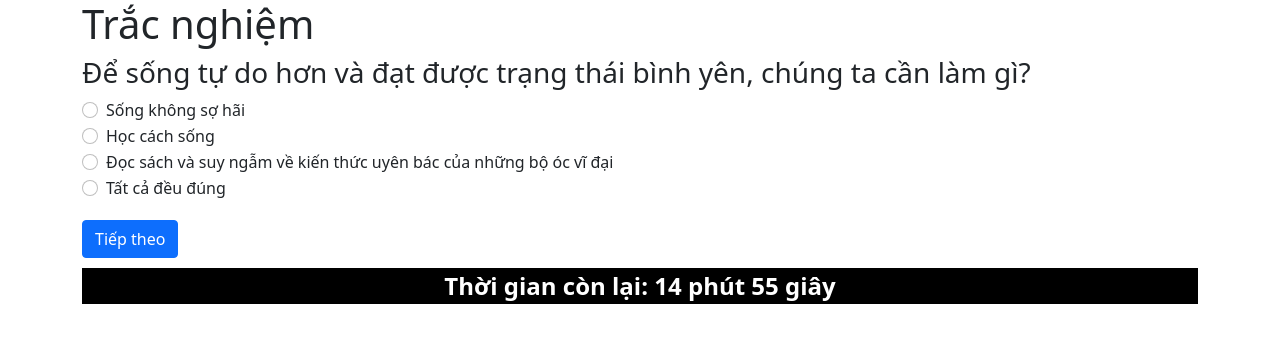
Repository: tran-thien-nhan/quiz_tlln
Page: daily_stoic_quiz.html
These files come from the project's save history. The page is drawn as it stood at one moment and after the next save; the edit follows.
The browser window is 1280 px wide. The pictures show the whole page.

Above is the page before, as saved 2023-06-25 18:38:09.

### daily_stoic_quiz.html
<!DOCTYPE html>
<html lang="en">

<head>
    <meta charset="UTF-8">
    <meta name="viewport" content="width=device-width, initial-scale=1.0">
    <title>Trắc nghiệm</title>
    <link rel="stylesheet" href="https://cdnjs.cloudflare.com/ajax/libs/bootstrap/5.0.2/css/bootstrap.min.css">
    <style>
        .question {
            margin-bottom: 20px;
        }
    </style>
</head>

<body>
    <div class="container">
        <h1>Trắc nghiệm</h1>

        <div class="question" id="questionContainer">
            <h3 id="question"></h3>
            <div class="form-check">
                <input class="form-check-input" type="radio" name="answer" id="answer1">
                <label class="form-check-label" for="answer1" id="answerText1"></label>
            </div>
            <div class="form-check">
                <input class="form-check-input" type="radio" name="answer" id="answer2">
                <label class="form-check-label" for="answer2" id="answerText2"></label>
            </div>
            <div class="form-check">
                <input class="form-check-input" type="radio" name="answer" id="answer3">
                <label class="form-check-label" for="answer3" id="answerText3"></label>
            </div>
            <div class="form-check">
                <input class="form-check-input" type="radio" name="answer" id="answer4">
                <label class="form-check-label" for="answer4" id="answerText4"></label>
            </div>
            <span id="result"></span>
        </div>

        <button class="btn btn-primary" id="nextButton">Tiếp theo</button>
        <span id="score"></span>
        <div id="timeclock"></div>
    </div>

    <!-- Modal -->
    <div class="modal fade" id="myModal" tabindex="-1" aria-labelledby="exampleModalLabel" aria-hidden="true">
        <div class="modal-dialog">
            <div class="modal-content">
                <div class="modal-header">
                    <h5 class="modal-title" id="exampleModalLabel">Thông báo</h5>
                    <button type="button" class="btn-close" data-bs-dismiss="modal" aria-label="Close"></button>
                </div>
                <div class="modal-body">
                    Bạn có 15 phút để làm trắc nghiệm.
                </div>
            </div>
        </div>
    </div>

    <script src="https://cdnjs.cloudflare.com/ajax/libs/bootstrap/5.0.2/js/bootstrap.bundle.min.js"></script>
    <script>
        // Đọc câu hỏi từ tệp JSON
        fetch("quest_lib.json")
            .then(response => response.json())
            .then(data => {
                const questions = data.questions;

                // Lấy ngẫu nhiên 20 câu hỏi
                const randomQuestions = getRandomElements(questions, 20);

                let currentQuestionIndex = 0;
                let score = 0;
                let timeRemaining = 900; // 15 phút * 60 giây = 900 giây

                const questionContainer = document.getElementById("questionContainer");
                const questionElement = document.getElementById("question");
                const answerTextElements = [
                    document.getElementById("answerText1"),
                    document.getElementById("answerText2"),
                    document.getElementById("answerText3"),
                    document.getElementById("answerText4")
                ];
                const resultElement = document.getElementById("result");
                const nextButton = document.getElementById("nextButton");
                const scoreElement = document.getElementById("score");

                // Cập nhật câu hỏi và câu trả lời
                function updateQuestion() {
                    const question = randomQuestions[currentQuestionIndex];
                    questionElement.textContent = question.question;
                    resultElement.textContent = "";

                    for (let i = 0; i < answerTextElements.length; i++) {
                        answerTextElements[i].textContent = question.choices[i];
                    }
                }

                // Kiểm tra câu trả lời
                function checkAnswer() {
                    const question = randomQuestions[currentQuestionIndex];
                    const selectedAnswer = document.querySelector('input[name="answer"]:checked');

                    if (selectedAnswer) {
                        const selectedAnswerText = selectedAnswer.nextElementSibling.textContent;

                        if (selectedAnswerText === question.correctAnswer) {
                            score += 1;
                            resultElement.textContent = "Đúng";
                            resultElement.style.color = "green";
                        } else {
                            resultElement.textContent = "Sai";
                            resultElement.style.color = "red";
                        }

                        setTimeout(() => {
                            currentQuestionIndex++;

                            if (currentQuestionIndex < randomQuestions.length) {
                                updateQuestion();
                                selectedAnswer.checked = false;
                                nextButton.disabled = true;
                                setTimeout(() => {
                                    nextButton.disabled = false;
                                }, 200);
                            } else {
                                clearInterval(timerInterval);
                                questionContainer.style.display = "none";
                                nextButton.style.display = "none";
                                const finalScore = (score / randomQuestions.length) * 10;
                                scoreElement.textContent = `Tổng điểm: ${finalScore.toFixed(1)}`;
                                scoreElement.style.display = "block";
                                scoreElement.style.fontWeight = "bold";
                                scoreElement.style.color = "red";
                            }
                        }, 200);
                    }
                }

                // Xử lý sự kiện khi nhấn nút "Tiếp theo"
                nextButton.addEventListener("click", () => {
                    checkAnswer();
                });

                // Bắt đầu trắc nghiệm
                updateQuestion();

                // Đồng hồ đếm ngược
                const timerElement = document.createElement("div");
                timerElement.style.fontSize = "24px";
                timerElement.style.fontWeight = "bold";
                timerElement.style.marginTop = "10px";
                timerElement.style.textAlign = "center";
                timerElement.style.color = "white";
                timerElement.style.backgroundColor = "black";
                timeclock.appendChild(timerElement);

                const timerInterval = setInterval(() => {
                    timeRemaining--;
                    const minutes = Math.floor(timeRemaining / 60);
                    const seconds = timeRemaining % 60;
                    timerElement.textContent = `Thời gian còn lại: ${minutes} phút ${seconds} giây`;

                    if (timeRemaining === 0) {
                        clearInterval(timerInterval);
                        questionContainer.style.display = "none";
                        nextButton.style.display = "none";
                        const finalScore = (score / randomQuestions.length) * 10;
                        scoreElement.textContent = `Tổng điểm: ${finalScore.toFixed(1)}`;
                        scoreElement.style.display = "block";
                        scoreElement.style.fontWeight = "bold";
                        scoreElement.style.color = "red";
                    }
                }, 1000);

                // Hiển thị modal thông báo
                const modal = new bootstrap.Modal(document.getElementById("myModal"));
                modal.show();

                // Tự động đóng modal sau 3 giây
                setTimeout(() => {
                    modal.hide();
                }, 3000);
            })
            .catch(error => {
                console.error("Error:", error);
            });

        // Hàm lấy ngẫu nhiên các phần tử từ một mảng
        function getRandomElements(array, numElements) {
            const shuffledArray = array.sort(() => Math.random() - 0.5);
            return shuffledArray.slice(0, numElements);
        }
    </script>
</body>

</html>

### quest_lib.json
{
    "questions": [
      {
        "question": "Công việc quan trọng hàng đầu trong đời là gì?",
        "choices": [
          "Nhận diện và phân biệt được những vấn đề",
          "Kiểm soát yếu tố ngoại cảnh",
          "Quyết định cho chính mình",
          "Thay đổi tương lai"
        ],
        "correctAnswer": "Nhận diện và phân biệt được những vấn đề"
      },
      {
        "question": "Theo Epictetus, nhận diện tốt xấu là để nhận diện điều gì?",
        "choices": [
          "Nhận diện tốt xấu của người khác",
          "Nhận diện tốt xấu của yếu tố ngoại cảnh",
          "Nhận diện tốt xấu cho quyết định của chính mình",
          "Nhận diện tốt xấu của tương lai"
        ],
        "correctAnswer": "Nhận diện tốt xấu cho quyết định của chính mình"
      },
      {
        "question": "Công việc quan trọng nhất trong việc thực hành Chủ nghĩa Khắc kỷ là gì?",
        "choices": [
          "Phân biệt những thứ không thể thay đổi và những thứ có thể thay đổi",
          "Chỉ phân biệt những thứ có thể thay đổi",
          "Kiểm soát những thứ nằm ngoài tầm kiểm soát",
          "Thay đổi tương lai"
        ],
        "correctAnswer": "Phân biệt những thứ không thể thay đổi và những thứ có thể thay đổi"
      },
      {
        "question": "Điều gì là không thể thay đổi và không thể kiểm soát?",
        "choices": [
          "Thời tiết, chiều cao",
          "Quốc gia sinh ra, sự thích hợp của người khác",
          "Điều kiện gia đình, tuổi tác",
          "cả 3 điều trên"
        ],
        "correctAnswer": "cả 3 điều trên"
      },
      {
        "question": "Lời nguyện An tĩnh được nhắm đến việc gì?",
        "choices": [
          "Nhận diện được những điều không thể thay đổi",
          "Nhận diện được những điều có thể thay đổi",
          "Nhận diện được hai điều trên",
          "Nhận diện được tương lai"
        ],
        "correctAnswer": "Nhận diện được hai điều trên"
      },
      {
        "question": "Người nghiện ngập ở hiện tại có thể thay đổi được điều gì?",
        "choices": [
          "Quá khứ, lựa chọn của mình",
          "Qúa khứ, tương lai",
          "Tương lai, sức mạnh hiện tại",
          "Quá khứ, hiện tại"
        ],
        "correctAnswer": "Tương lai, sức mạnh hiện tại"
      },
      {
        "question": "Điều gì sẽ xảy ra nếu chúng ta tập trung vào việc xác định những thứ nằm trong và ngoài tầm kiểm soát của bản thân?",
        "choices": [
          "Chúng ta sẽ trở nên hạnh phúc hơn",
          "Chúng ta sẽ có lợi thế hơn so với những người đấu tranh trong vô vọng",
          "Chúng ta sẽ đấu tranh trong vô vọng",
          "Chúng ta sẽ tìm ra sự thay đổi"
        ],
        "correctAnswer": "Chúng ta sẽ có lợi thế hơn so với những người đấu tranh trong vô vọng"
      },
      {
        "question": "Thành quả của việc thực hiện theo lời dạy của epictetus là gì trong GIÁO DỤC LÀ TỰ DO ?",
        "choices": [
          "Sự thanh thản",
          "Lòng dũng cảm",
          "Sự tự do",
          "Tất cả đều đúng"
        ],
        "correctAnswer": "Tất cả đều đúng"
      },
      {
        "question": "Đặt niềm tin vào ai trong việc được giáo dục đúng cách?",
        "choices": [
          "Kẻ tự do",
          "Những người trân quý kiến thức thật sự",
          "Số đông",
          "Tất cả đều sai"
        ],
        "correctAnswer": "Những người trân quý kiến thức thật sự"
      },
      {
        "question": "Để sống tự do hơn và đạt được trạng thái bình yên, chúng ta cần làm gì?",
        "choices": [
          "Sống không sợ hãi",
          "Học cách sống",
          "Đọc sách và suy ngẫm về kiến thức uyên bác của những bộ óc vĩ đại",
          "Tất cả đều đúng"
        ],
        "correctAnswer": "Tất cả đều đúng"
      },
      {
        "question": "Việc tự học và tiếp thu kiến thức được coi như chìa khóa dẫn đến điều gì?",
        "choices": [
          "Tự do",
          "Kiến thức",
          "Sự uyên bác",
          "Trạng thái bình yên"
        ],
        "correctAnswer": "Tự do"
      },
      {
        "question": "Điều gì sẽ xảy ra nếu chúng ta không nhận thức được những gì mình đã đánh mất?",
        "choices": [
          "Chúng ta sẽ sống bình thường",
          "Chúng ta sẽ chết dần chết mòn",
          "Chúng ta sẽ tìm lại được những gì đã mất",
          "Chúng ta sẽ hối tiếc"
        ],
        "correctAnswer": "Chúng ta sẽ chết dần chết mòn"
      },
      {
        "question": "Trước những thứ không quan trọng, chúng ta nên làm gì để lấy lại chút thời gian?",
        "choices": [
          "Nói 'Không'",
          "Tham gia với số đông",
          "Tự hỏi làm sao để kiểm soát kỹ",
          "Hối tiếc về những điều đã làm"
        ],
        "correctAnswer": "Nói 'Không'"
      },
      {
        "question": "Nói 'Không' trước những thứ không quan trọng có thể gây hại đến ai?",
        "choices": [
          "Bản thân chúng ta",
          "Những người khác",
          "Không có ai",
          "Chúng ta sẽ cảm thấy tổn thương"
        ],
        "correctAnswer": "Những người khác"
      },
      {
        "question": "Việc từ chối những thứ không quan trọng cho phép chúng ta có thời gian cho điều gì?",
        "choices": [
          "Những điều thật sự cần thiết",
          "Sống và tận hưởng cuộc sống của chính mình",
          "Cuộc sống bình thường",
          "Đạt được thành công"
        ],
        "correctAnswer": "Sống và tận hưởng cuộc sống của chính mình"
      },
      {
        "question": "Ba nguyên tắc quan trọng nhất trong triết lý Khắc kỷ là gì?",
        "choices": [
          "Nhận thức, hành động, ý chí",
          "Chắc chắn, hành động, biết ơn",
          "Kiểm soát nhận thức, hành động đúng đắn, sẵn lòng chấp nhận",
          "Kiểm soát, hành động, triết lý"
        ],
        "correctAnswer": "Kiểm soát nhận thức, hành động đúng đắn, sẵn lòng chấp nhận"
      },
      {
        "question": "Theo triết lý Khắc kỷ, điều gì là thiết yếu trong việc kiểm soát nhận thức của bạn?",
        "choices": [
          "Niềm tin độc đáo của các nhà Khắc kỷ",
          "Triết lý của Heraclitus và Zeno",
          "Sự phán xét ở thời điểm hiện tại",
          "Ý chí và ý thức của bản thân"
        ],
        "correctAnswer": "Sự phán xét ở thời điểm hiện tại"
      },
      {
        "question": "Hành động một cách đúng đắn là một trong ba phần thiết yếu của triết lý Khắc kỷ. Điều gì được ám chỉ bởi việc hành động đúng đắn?",
        "choices": [
          "Tìm hiểu về Heraclitus và Zeno",
          "Đạt được sự phán xét chắc chắn",
          "Hành động vì lợi ích chung trong thời điểm hiện tại",
          "Thể hiện triết lý của các nhà Khắc kỷ"
        ],
        "correctAnswer": "Hành động vì lợi ích chung trong thời điểm hiện tại"
      },
      {
        "question": "Điều gì là sự chuẩn bị tinh thần quan trọng để chấp nhận những gì ngoài tầm kiểm soát của bạn?",
        "choices": [
          "Sự biết ơn với mọi điều bạn đã nhận được",
          "Sự tận hưởng cuộc sống hàng ngày",
          "Ý chí và ý thức của bản thân",
          "Sự phán xét ở thời điểm hiện tại"
        ],
        "correctAnswer": "Sự biết ơn với mọi điều bạn đã nhận được"
      },
      {
        "question": "Bạn đến sân bay muộn và chuyến bay của bạn đã cất cánh. Bạn rất tức giận vì đã bỏ lỡ chuyến bay. Bạn nên làm gì?",
        "choices": [
          "Gào thét vào mặt nhân viên đại diện của hãng hàng không",
          "Ngồi lại và suy nghĩ về những điều bạn có thể kiểm soát",
          "Hủy bỏ hành trình và trở về nhà",
          "Buồn bã và căng thẳng trong suốt cả ngày"
        ],
        "correctAnswer": "Ngồi lại và suy nghĩ về những điều bạn có thể kiểm soát"
      },
      {
        "question": "Bạn muốn thay đổi chiều cao của mình và nước sống ở một đất nước khác. Bạn nên làm gì?",
        "choices": [
          "Cố gắng ước mơ và thay đổi chiều cao của mình",
          "Đau khổ vì không thể thay đổi điều đó",
          "Tìm hiểu về các phương pháp tăng chiều cao và di cư",
          "Chấp nhận chiều cao của mình và tận hưởng cuộc sống hiện tại"
        ],
        "correctAnswer": "Chấp nhận chiều cao của mình và tận hưởng cuộc sống hiện tại"
      },
      {
        "question": "Bạn muốn có một người bạn đồng hành và thích bạn. Bạn nên làm gì?",
        "choices": [
          "Cố gắng làm cho người đó thích bạn",
          "Đau khổ vì không thể khiến người đó thích bạn",
          "Tự thay đổi và cải thiện bản thân để thu hút người khác",
          "Chấp nhận sự thật rằng không thể khiến một người thích mình"
        ],
        "correctAnswer": "Tự thay đổi và cải thiện bản thân để thu hút người khác"
      },
      {
        "question": "Bạn đã trải qua quá khứ đau khổ và gặp rắc rối trong cuộc sống. Bạn nên làm gì?",
        "choices": [
          "Mắc kẹt trong quá khứ và không thể thay đổi điều đó",
          "Ngồi lại suy nghĩ về quá khứ và phàn nàn",
          "Chấp nhận quá khứ và tập trung vào tương lai",
          "Buồn bã và cảm thấy vô vọng"
        ],
        "correctAnswer": "Chấp nhận quá khứ và tập trung vào tương lai"
      },
      {
        "question": "Theo ý kiến của Seneca, điều gì là nguyên nhân khiến con người trở nên điên dại?",
        "choices": [
          "Quan điểm sai lệch về những thứ mà họ hướng tới",
          "Sự việc mà họ muốn đạt được",
          "Không có kế hoạch từ đầu đến cuối",
          "Tâm trạng chán nản"
        ],
        "correctAnswer": "Quan điểm sai lệch về những thứ mà họ hướng tới"
      },
      {
        "question": "Theo Robert Greene, việc lập kế hoạch từ đầu đến cuối có tác dụng gì?",
        "choices": [
          "Tránh choáng ngợp bởi hoàn cảnh",
          "Đạt được kết quả tốt nhất",
          "Đảm bảo sự thành công",
          "Hạn chế thất bại"
        ],
        "correctAnswer": "Tránh choáng ngợp bởi hoàn cảnh"
      },
      {
        "question": "Thói quen thứ hai trong 7 Thói quen của người thành đạt là gì?",
        "choices": [
          "Bắt đầu với một cái kết trong tâm trí",
          "Lập kế hoạch chi tiết từ đầu đến cuối",
          "Hình dung ra cái kết trong đầu",
          "Đặt mục tiêu cụ thể"
        ],
        "correctAnswer": "Bắt đầu với một cái kết trong tâm trí"
      },
      {
        "question": "Theo nhà Khắc kỷ, sự lạc lối và hỗn loạn trong hành vi xảy ra khi?",
        "choices": [
          "Không có những nỗ lực hướng vào nguyên nhân và mục đích",
          "Quá tập trung vào kế hoạch từ đầu đến cuối",
          "Chịu trách nhiệm với những xao nhãng trong tâm hồn",
          "Không biết khi nào nói có và khi nào nói không"
        ],
        "correctAnswer": "Không có những nỗ lực hướng vào nguyên nhân và mục đích"
      },
      {
        "question": "khi mất đi sự định nghĩa, con người có thể bị lạc lối vào phương hướng nào?",
        "choices": [
          "Phương hướng vô định",
          "Phương hướng cụ thể",
          "Phương hướng chính xác",
          "Phương hướng sáng suốt"
        ],
        "correctAnswer": "Phương hướng vô định"
      }
    ]
  }

After the next save:
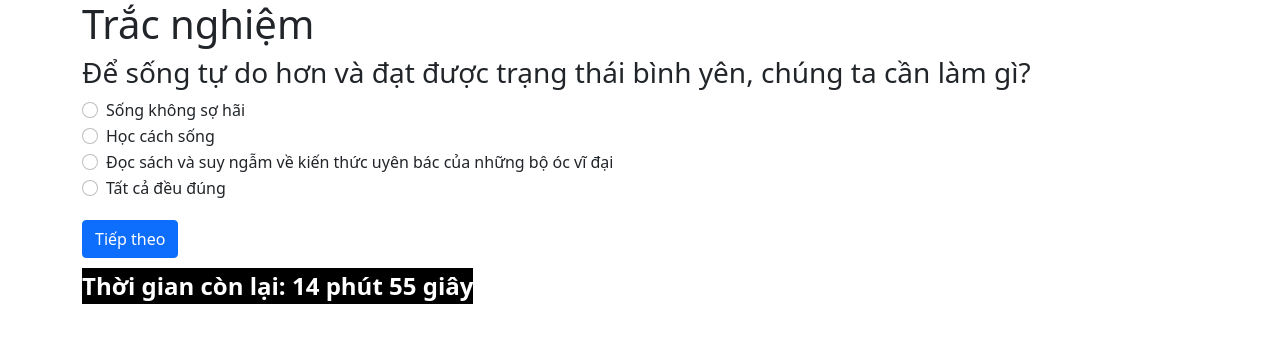
Saved 16 s later.
--- a/daily_stoic_quiz.html
+++ b/daily_stoic_quiz.html
@@ -153,6 +153,7 @@
                 timerElement.style.textAlign = "center";
                 timerElement.style.color = "white";
                 timerElement.style.backgroundColor = "black";
+                timerElement.style.width = "fit-content";
                 timeclock.appendChild(timerElement);
 
                 const timerInterval = setInterval(() => {
